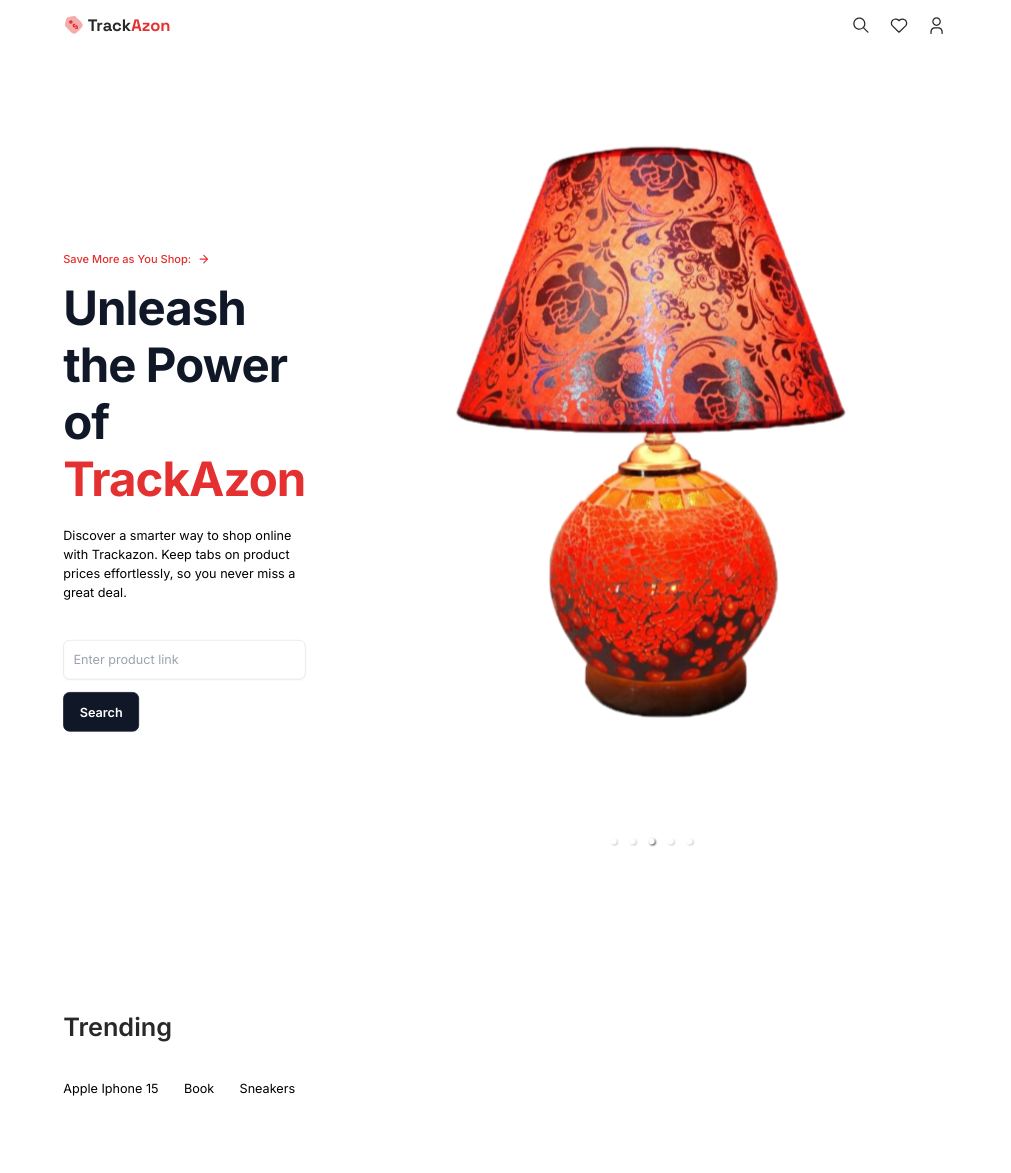
Repository: akinolapo/trackazon
Page: /
The author's editor kept a copy of each file at every save. The page is drawn from the files as they stood at one save, then again after a run of saves.
The browser window is 1280 px wide. The pictures show the whole page, at 79% of full size.
The project was rebuilt for these pictures with package versions that can differ from the ones it lists, and the page was loaded fresh each time. The framework's server and built-in components were replaced by stand-ins that run in the browser. Also part of the build but not shown: next.config.js.

Above is the page before, as saved 2023-10-01 08:54:34.

### app/layout.tsx
import Navbar from '@/components/Navbar'
import './globals.css'
import type { Metadata } from 'next'
import { Inter, Space_Grotesk } from 'next/font/google'

const inter = Inter({ subsets: ['latin'] })
const spaceGrotesk = Space_Grotesk({
  subsets:['latin'], weight:['300', '400', '500', '600', '700']
})

export const metadata: Metadata = {
  title: 'Trackazon',
  description: 'Track product prices effortlessly and save money on your online shopping.',
}

export default function RootLayout({
  children,
}: {
  children: React.ReactNode
}) {
  return (
    <html lang="en">
      <body className={inter.className}>
        <main className='max-w-10xl mx-auto'>
          <Navbar/>
          {children}
        </main>
      </body>
    </html>
  )
}

### app/page.tsx
import Herocarousel from "@/components/Herocarousel"
import Searchbar from "@/components/Searchbar"
import Image from "next/image"

const Home = () => {
  return (
    <>
      <section className="px-6 md:px-20 py-24">
        <div className="flex max-xl:flex-col gap-16">
          <div className="flex flex-col justify-center">
            <p className="small-text">
              Save More as You Shop:
              <Image
                src="/assets/icons/arrow-right.svg"
                alt="arrow-right"
                width={16}
                height={16}
              />
            </p>
            <h1 className="head-text">
              Unleash the Power of
              <span className="text-primary"> TrackAzon</span>
            </h1>
            <p className="mt-6">
              Discover a smarter way to shop online with Trackazon. Keep tabs on product prices effortlessly, so you never miss a great deal.
            </p>

            <Searchbar/>
          </div>

          <Herocarousel/>
        </div>
      </section>
      <section className="trending-section">
        <h2 className="section-text">Trending</h2>

        <div className="flex flex-wrap gap-x-8 gap-y-16">
          {['Apple Iphone 15', 'Book', 'Sneakers'].map
          ((product) => (
            <div>{product}</div>
          ))}
        </div>
      </section>
    </>
  )
}

export default Home

### components/Navbar.tsx
import Image from 'next/image'
import Link from 'next/link'

const navIcons = [
  {src: '/assets/icons/search.svg', alt: 'search'},
  {src: '/assets/icons/black-heart.svg', alt: 'heart'},
  {src: '/assets/icons/user.svg', alt: 'user'},
]

const Navbar = () => {
  return (
    <header className='w-full'>
      <nav className='nav'>
        <Link href='/' className='flex items-center gap-1'>
          <Image
            src='/assets/icons/logo.svg'
            width={27}
            height={27}
            alt='logo'
          />

          <p className='nav-logo'>
            Track<span className='text-primary'>Azon</span>
          </p>
        </Link>

        <div className='flex items-center gap-5'>
          {navIcons.map ((icon) => (
            <Image
              key={icon.alt}
              src={icon.src}
              alt={icon.alt}
              width={28}
              height={28}
              className='object-contain'
            />
          ))}
        </div>
      </nav>
    </header>
  )
}

export default Navbar

### components/Herocarousel.tsx
'use client'

import "react-responsive-carousel/lib/styles/carousel.min.css"; // requires a loader
import { Carousel } from 'react-responsive-carousel';
import Image from "next/image";

const heroImages = [
    { imgUrl: '/assets/images/hero-1.svg', alt: 'smartwatch' },
    { imgUrl: '/assets/images/hero-2.svg', alt: 'bag' },
    { imgUrl: '/assets/images/hero-3.svg', alt: 'lamp' },
    { imgUrl: '/assets/images/hero-4.svg', alt: 'air fryer' },
    { imgUrl: '/assets/images/hero-5.svg', alt: 'chair' },
]

const Herocarousel = () => {
    return (
        <div className="">
            <Carousel
                showThumbs={false}
                autoPlay
                infiniteLoop
                interval={2000}
                showArrows={false}
                showStatus={false}
            >
                {heroImages.map((image) => (
                    <Image
                        src={image.imgUrl}
                        alt={image.alt}
                        width={484}
                        height={484}
                        className="object-contain"
                        key={image.alt}
                    />
                ))}
            </Carousel>
        </div>
    )
}

export default Herocarousel

### components/Searchbar.tsx
'use client';

const Searchbar = () => {
    const handleSubmit = () => {}
  return (
    <form className='flex flex-wrap gap-4 mt-12' onSubmit={handleSubmit}>
        <input
            type="text"
            placeholder="Enter product link"
            className="searchbar-input"
        />
        <button type="submit" className="searchbar-btn">Search</button>
    </form>
  )
}

export default Searchbar

Loaded but not shown: app/globals.css (common file); tailwind.config.ts (common file)

After the next 5 saves:
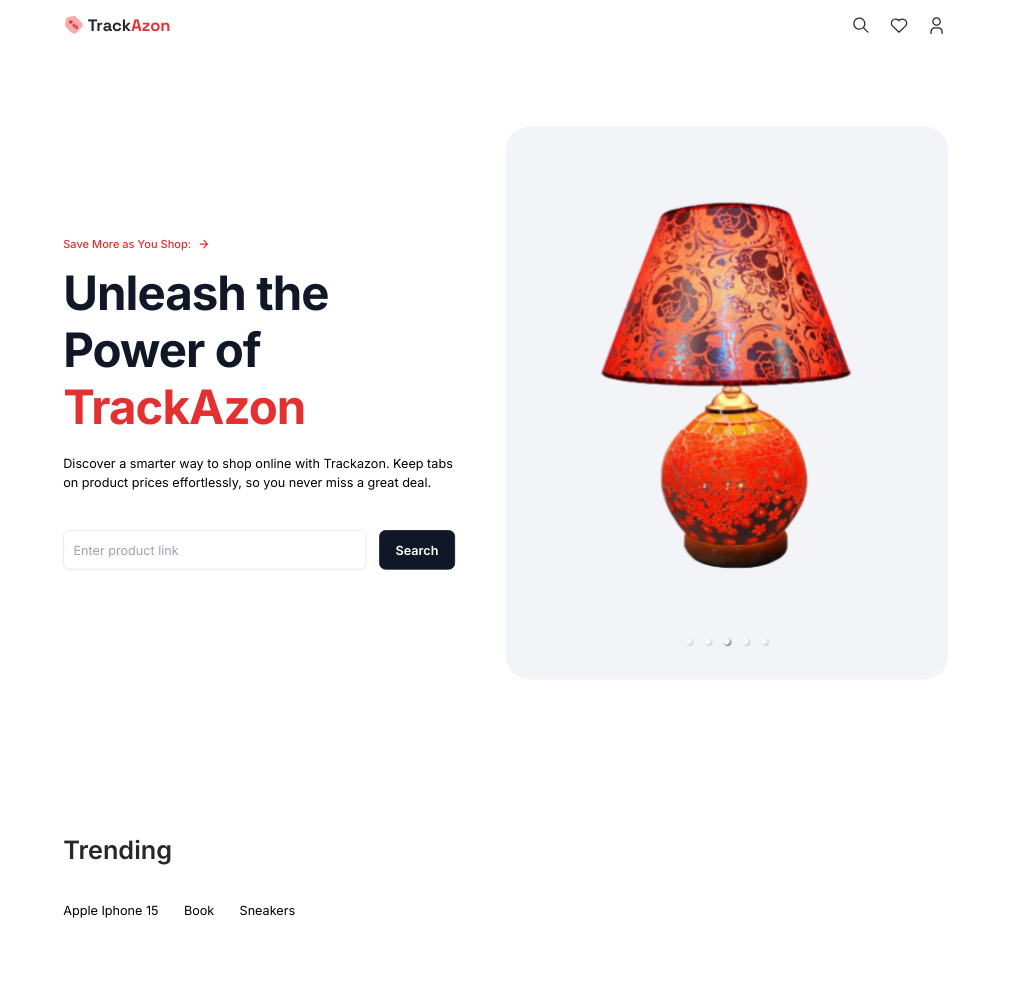
The 5 saves are shown as one change because they came seconds apart.
The last was saved 12 s later.
--- a/components/Herocarousel.tsx
+++ b/components/Herocarousel.tsx
@@ -14,7 +14,7 @@
 
 const Herocarousel = () => {
     return (
-        <div className="">
+        <div className="hero-carousel">
             <Carousel
                 showThumbs={false}
                 autoPlay
